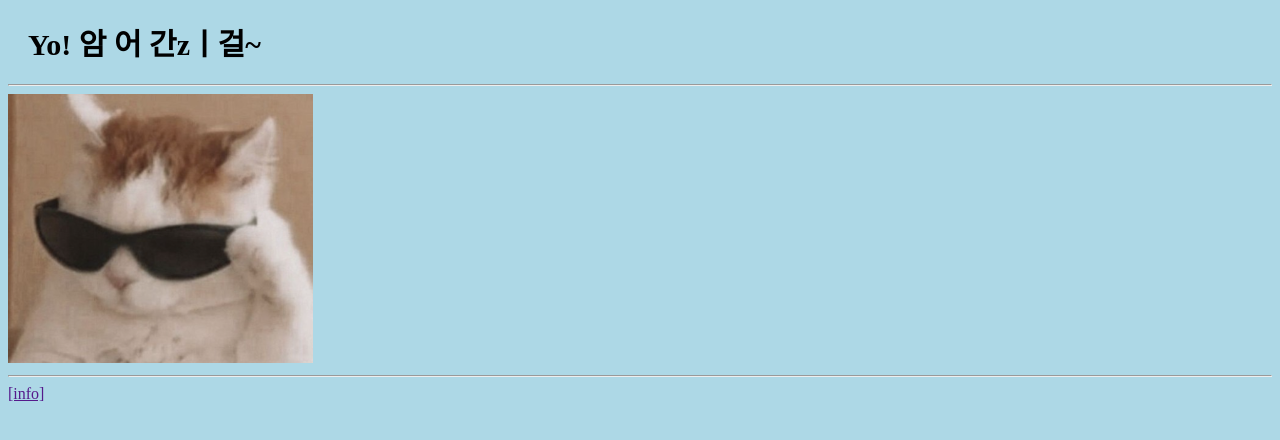
Repository: tjfgk97/sts3
Page: http://localhost/spring-first/hi
The author's editor kept a copy of each file at every save. The page is drawn from the files as they stood at one save, then again after the next save.
The browser window is 1280 px wide. The pictures show the whole page.
The page is served by Tomcat 9. Other server files are loaded and not shown.

Above is the page before, as saved 2024-02-01 07:02:25.

### spring-first/src/main/webapp/WEB-INF/views/intro.jsp
<%@ page language="java" contentType="text/html; charset=UTF-8"
    pageEncoding="UTF-8"%>
<!DOCTYPE html>
<html>
<head>
<meta charset="UTF-8">
<title>Intro</title>
<style type="text/css">
@import url("resources/css/intro.css");
</style>
</head>
<body>
	<p>Yo! 암 어 간zㅣ걸~</p>
	<hr>
	<img alt="" src="resources/images/ganzi.png">
	<hr>
	<a href="">[info]</a>

</body>
</html>

### spring-first/src/main/webapp/resources/css/intro.css
@charset "UTF-8";

body {
	background-color: lightblue;
}

p {
	font-size: 30px;
	font-weight: bold;
	margin: 20px 20px;
}

After the next save:
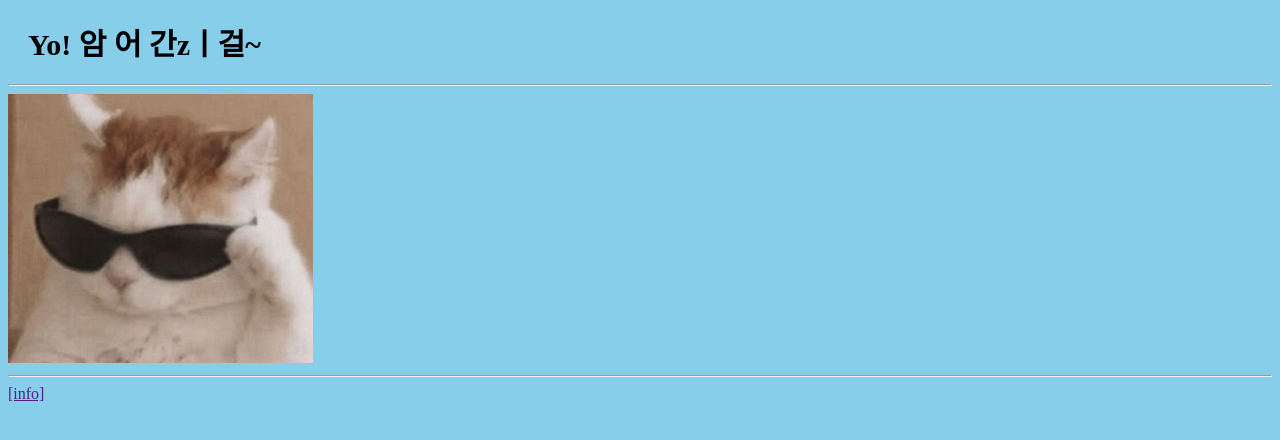
Saved 72 s later.
--- a/spring-first/src/main/webapp/resources/css/intro.css
+++ b/spring-first/src/main/webapp/resources/css/intro.css
@@ -1,7 +1,7 @@
 @charset "UTF-8";
 
 body {
-	background-color: lightblue;
+	background-color: skyblue;
 }
 
 p {

After the save that followed:
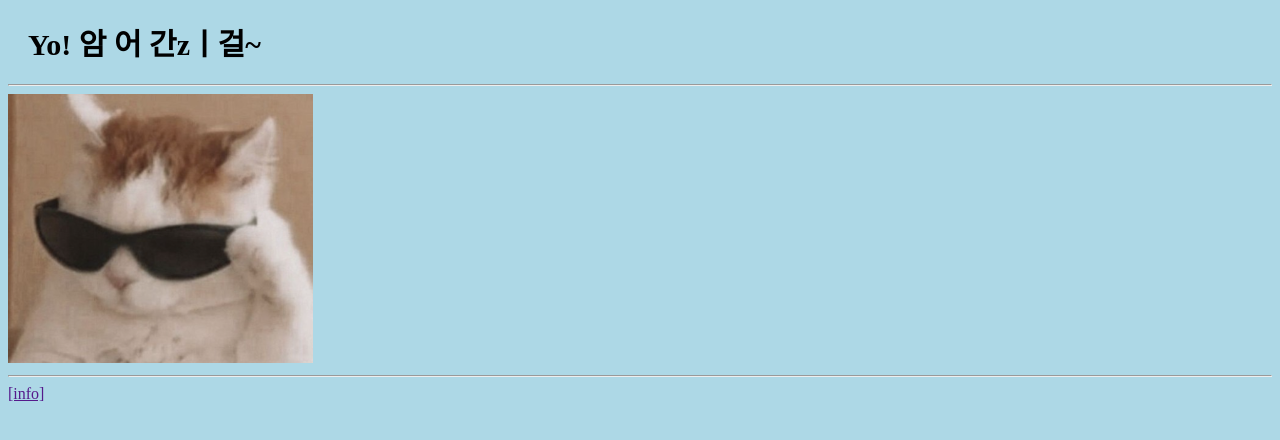
Saved 13 s later.
--- a/spring-first/src/main/webapp/resources/css/intro.css
+++ b/spring-first/src/main/webapp/resources/css/intro.css
@@ -1,7 +1,7 @@
 @charset "UTF-8";
 
 body {
-	background-color: skyblue;
+	background-color: lightblue;
 }
 
 p {
